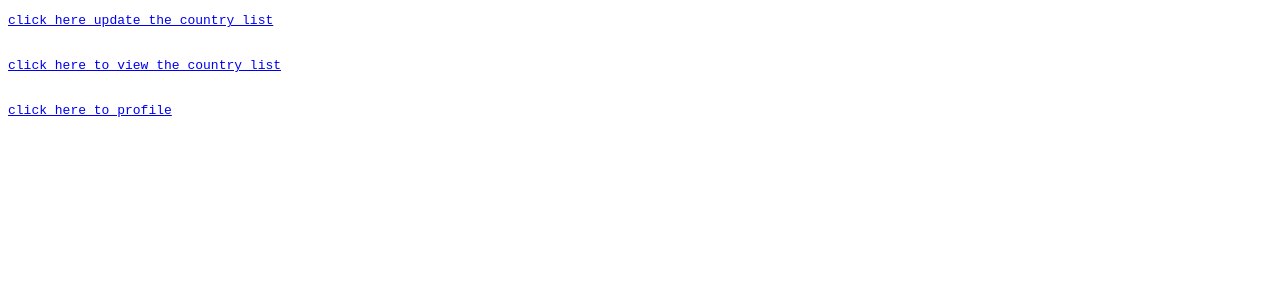
Repository: Raghava3/spring
Page: http://localhost/countryprojectdb/WEB-INF/jsp/HomePage.jsp
The author's editor kept a copy of each file at every save. The page is drawn from the files as they stood at one save, then again after the next save.
The browser window is 1280 px wide. The pictures show the whole page.
The page is served by Tomcat 9. Nobody is signed in. Other server files are loaded and not shown. The template is opened directly, without the code that normally fills it, so the values that code supplies are empty.

Above is the page before, as saved 2017-04-07 11:35:56.

### countryprojectdatabase/countryprojectdb/src/main/webapp/WEB-INF/jsp/HomePage.jsp
<%@ page language="java" contentType="text/html; charset=UTF-8"
    pageEncoding="UTF-8"%>
    <%@ taglib uri="http://java.sun.com/jsp/jstl/core" prefix="c" %>
<!DOCTYPE html PUBLIC "-//W3C//DTD HTML 4.01 Transitional//EN" "http://www.w3.org/TR/html4/loose.dtd">
<html>
<head>
<meta http-equiv="Content-Type" content="text/html; charset=UTF-8">
<title>HomePage</title>
</head>
<body>
<pre>
<a href="update">click here update the country list</a>


<a href="list">click here to view the country list</a>

<!--  value will be going to  controller class and we have to mention the id as the value -->
<a href="<c:url value='profile?id=${id}'/>">click here to profile</a>
 <font color="red">${msg}</font>
</pre>
</body>
</html>

After the next save:
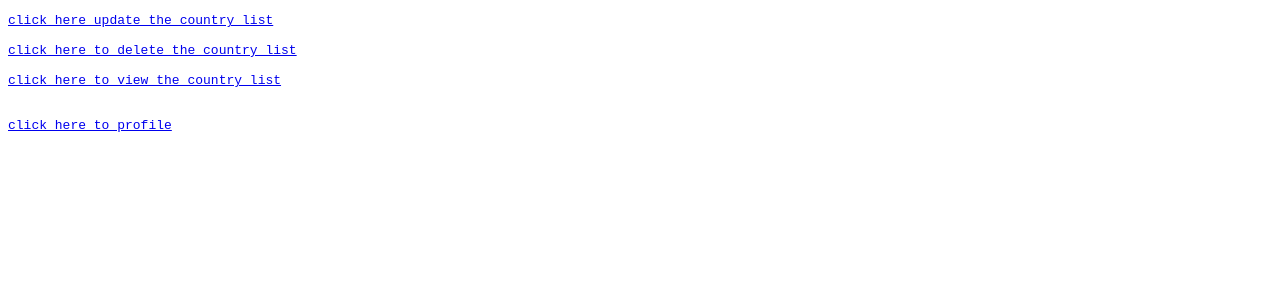
Saved 7 min 29 s later.
--- a/countryprojectdatabase/countryprojectdb/src/main/webapp/WEB-INF/jsp/HomePage.jsp
+++ b/countryprojectdatabase/countryprojectdb/src/main/webapp/WEB-INF/jsp/HomePage.jsp
@@ -11,6 +11,7 @@
 <pre>
 <a href="update">click here update the country list</a>
 
+<a href="delete">click here to delete the country list</a>
 
 <a href="list">click here to view the country list</a>
 
